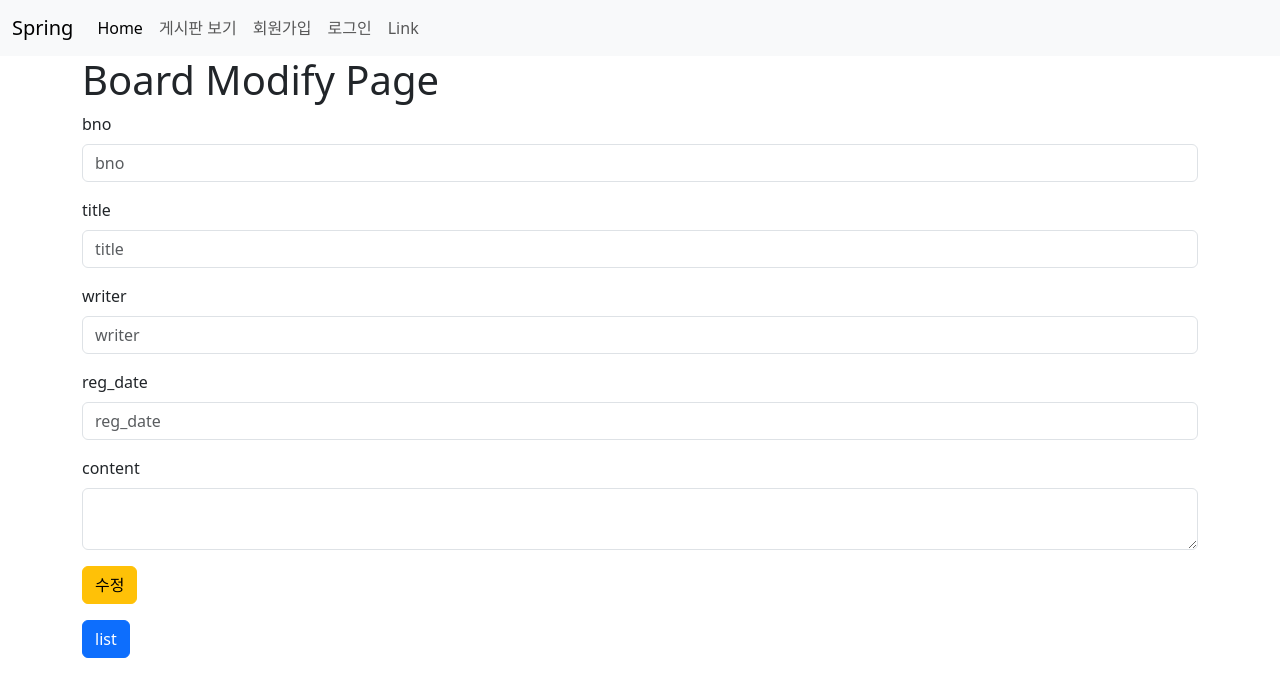
Repository: kimnoanoa/springTest240430
Page: http://localhost/spring_study/WEB-INF/views/board/modify.jsp
An editor plug-in stored every save of this project. The page is shown before and after the next save, followed by the edit.
The browser window is 1280 px wide. The pictures show the whole page.
The page is served by Tomcat 9. Nobody is signed in. The template is opened directly, without the code that normally fills it, so the values that code supplies are empty.

Above is the page before, as saved 2024-04-29 09:04:38.

### spring_study/src/main/webapp/WEB-INF/views/board/modify.jsp
<%@ page language="java" contentType="text/html; charset=UTF-8"
   pageEncoding="UTF-8"%>
<%@ taglib uri="http://java.sun.com/jsp/jstl/core" prefix="c"%>

<jsp:include page="../layout/header.jsp" />

<div class="container-md">
   <h1>Board Modify Page</h1>
   <c:set value="${bdto.bvo }" var="bvo"></c:set>

   <form action="/board/modify" method="post">
      <div class="mb-3">
         <label for="n" class="form-label">bno</label> <input type="text"
            class="form-control" id="n" placeholder="bno" name="bno"
            value="${bvo.bno }" readonly="readonly">
      </div>
      <div class="mb-3">
         <label for="t" class="form-label">title</label> <input type="text"
            class="form-control" id="t" placeholder="title" name="title"
            value="${bvo.title }">
      </div>
      <div class="mb-3">
         <label for="w" class="form-label">writer</label> <input type="text"
            class="form-control" id="w" placeholder="writer" name="writer"
            value="${bvo.writer }" readonly="readonly">
      </div>
      <div class="mb-3">
         <label for="r" class="form-label">reg_date</label> <input type="text"
            class="form-control" id="r" placeholder="reg_date" name="reg_daet"
            value="${bvo.reg_date }" readonly="readonly">
      </div>
      <div class="mb-3">
         <label for="c" class="form-label">content</label>
         <textarea class="form-control" id="c" name="content"
            aria-label="With textarea">${bvo.content }</textarea>
      </div>




      <a><button type="submit" class="btn btn-warning">수정</button></a>

      <!-- file upload 표시라인 -->
   <c:set value="${bdto.flist }" var="flist" />
   <div class="mb-3">
      <ul class="list-group list-group-flush">
         <!-- 파일 개수만큼 li를 반복하여 파일 표시 타입이 1인경우만 표시 -->
         <!-- li => div => img -->
         <!--  => div => 파일 이름 , 작성일 span size -->
         <c:forEach items="${flist }" var="fvo">
            <li class="list-group-item">
            <c:choose>
                  <c:when test="${fvo.file_type > 0 }">
                     <div>
                        <img alt=""
                           src="/upload/${fvo.save_dir}/${fvo.uuid}_${fvo.file_name}">
                     </div>
                  </c:when>
                  <c:otherwise>
                     <div>
                        <!-- 파일 타입이 0인경우 아이콘 모양 하나 가져와서 넣기 -->

                     </div>
                  </c:otherwise>
               </c:choose>
               <div>
               <!-- 파일이름 작성일 사이즈 -->
               <div>${fvo.file_name }</div>
               ${fvo.reg_date }
               <span class="badge rounded-pill text-bg-warning">${fvo.file_size }Byte</span>
               <button type="button" class="btn btn-outline-danger btn-sm file-x">x</button>

               </div>
               </li>
         </c:forEach>
      </ul>
   </div>



   </form>








   <a href="/board/list"><button type="button" class="btn btn-primary">list</button></a>

</div>
<script type="text/javascript" src="/resources/js/boardModify.js">

</script>
<jsp:include page="../layout/footer.jsp" />

### spring_study/src/main/webapp/WEB-INF/views/layout/header.jsp
<%@ page language="java" contentType="text/html; charset=UTF-8"
    pageEncoding="UTF-8"%>
    <%@ taglib uri="http://java.sun.com/jsp/jstl/core" prefix="c" %>
<!DOCTYPE html>
<html>
<head>
<meta charset="UTF-8">
<title>header.jsp</title>
<link href="https://cdn.jsdelivr.net/npm/bootstrap@5.3.3/dist/css/bootstrap.min.css" rel="stylesheet" integrity="sha384-QWTKZyjpPEjISv5WaRU9OFeRpok6YctnYmDr5pNlyT2bRjXh0JMhjY6hW+ALEwIH" crossorigin="anonymous">
<script src="https://cdn.jsdelivr.net/npm/bootstrap@5.3.3/dist/js/bootstrap.bundle.min.js" integrity="sha384-YvpcrYf0tY3lHB60NNkmXc5s9fDVZLESaAA55NDzOxhy9GkcIdslK1eN7N6jIeHz" crossorigin="anonymous"></script>
</head>
<body>
<nav class="navbar navbar-expand-lg bg-body-tertiary">
  <div class="container-fluid">
    <a class="navbar-brand" href="#">Spring</a>
    <button class="navbar-toggler" type="button" data-bs-toggle="collapse" data-bs-target="#navbarSupportedContent" aria-controls="navbarSupportedContent" aria-expanded="false" aria-label="Toggle navigation">
      <span class="navbar-toggler-icon"></span>
    </button>
    <div class="collapse navbar-collapse" id="navbarSupportedContent">
      <ul class="navbar-nav me-auto mb-2 mb-lg-0">
        <li class="nav-item">
          <a class="nav-link active" aria-current="page" href="/">Home</a>
        </li>
        <c:if test="${ses ne null }">
        <li class="nav-item">
          <a class="nav-link" href="/board/register">게시판 글쓰기</a>
        </li>
        </c:if>
        <li class="nav-item">
          <a class="nav-link" href="/board/list">게시판 보기</a>
        </li>
        <c:if test="${ses eq null }">
        <li class="nav-item">
          <a class="nav-link" href="/member/register">회원가입</a>
        </li>
        <li class="nav-item">
          <a class="nav-link" href="/member/login">로그인</a>
        </li>
        </c:if>
        <c:if test="${ses ne null }">
        <li class="nav-item">
          <a class="nav-link" href="/member/logout">로그아웃</a>
        </li>
        <li class="nav-item">
          <a class="nav-link" href="/member/modify">${ses.id }(${ses.email }) Welcome!!</a>
        </li>
        </c:if>
        <li class="nav-item">
          <a class="nav-link" href="http://www.google.com" target="_blank" >Link</a>
        </li>
      </ul>
    </div>
  </div>
</nav>

### spring_study/src/main/webapp/WEB-INF/views/layout/footer.jsp
<%@ page language="java" contentType="text/html; charset=UTF-8"
    pageEncoding="UTF-8"%>
<div>
<!-- 2024 Spring Project -->
</div>
</body>
</html>

### spring_study/src/main/webapp/resources/js/boardModify.js
console.log("BoardModify.js in");

document.addEventListener('click',(e)=>{
    if(e.target.classList.contains('file-x')){
        let uuid = e.target.dataset.uuid;
        console.log(uuid);
        removeFileToServer(uuid).then(result=>{
            if(result ==1){
                alert('파일 삭제 완료');
                e.target.closest('li').remove();
            }
        })
    }
});

//비동기 메서드 맵핑방식 : post, get, put, delete
async function removeFileToServer(uuid){
    try {
        const url ="/board/"+uuid;
        const config={
            method:'delete'
        }
        const resp = await fetch(url,config);
        const result = await resp.text();
        return result;

    } catch (error) {
        console.log(error);
    }
};

After the next save:
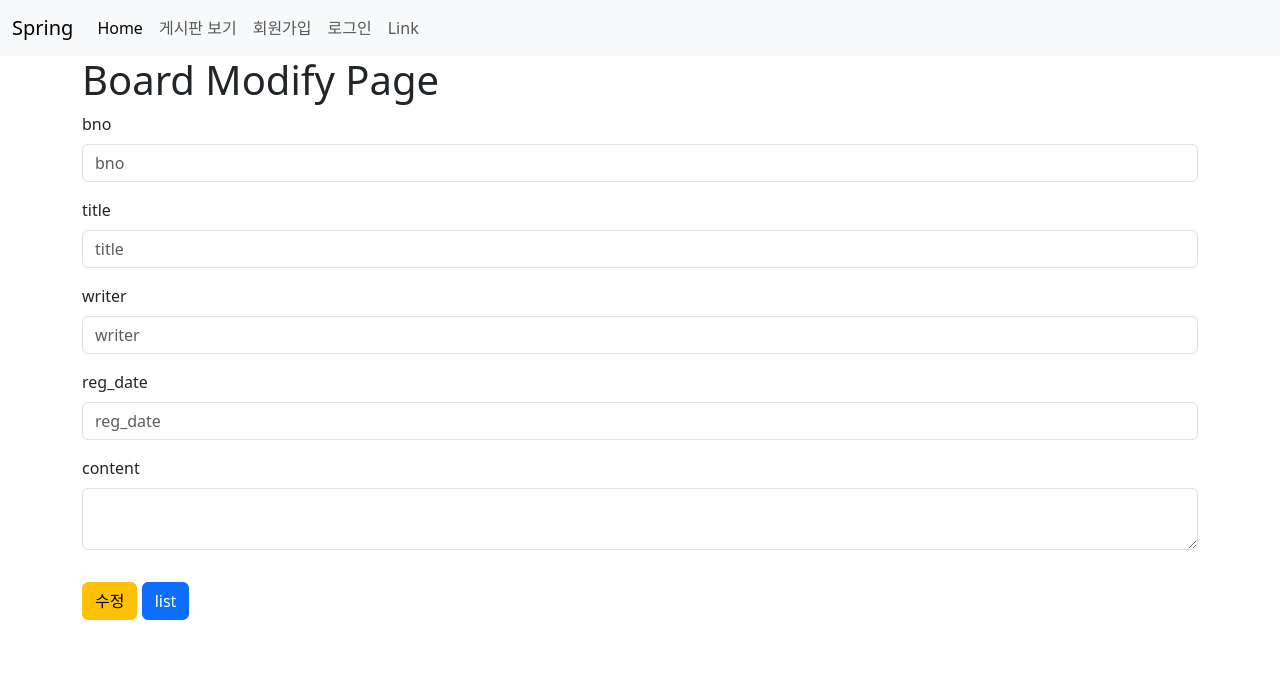
Saved 4 min 28 s later.
--- a/spring_study/src/main/webapp/WEB-INF/views/board/modify.jsp
+++ b/spring_study/src/main/webapp/WEB-INF/views/board/modify.jsp
@@ -38,7 +38,7 @@
 
 
 
-      <a><button type="submit" class="btn btn-warning">수정</button></a>
+
 
       <!-- file upload 표시라인 -->
    <c:set value="${bdto.flist }" var="flist" />
@@ -81,12 +81,7 @@
    </form>
 
 
-
-
-
-
-
-
+    <a><button type="submit" class="btn btn-warning">수정</button></a>
    <a href="/board/list"><button type="button" class="btn btn-primary">list</button></a>
 
 </div>
